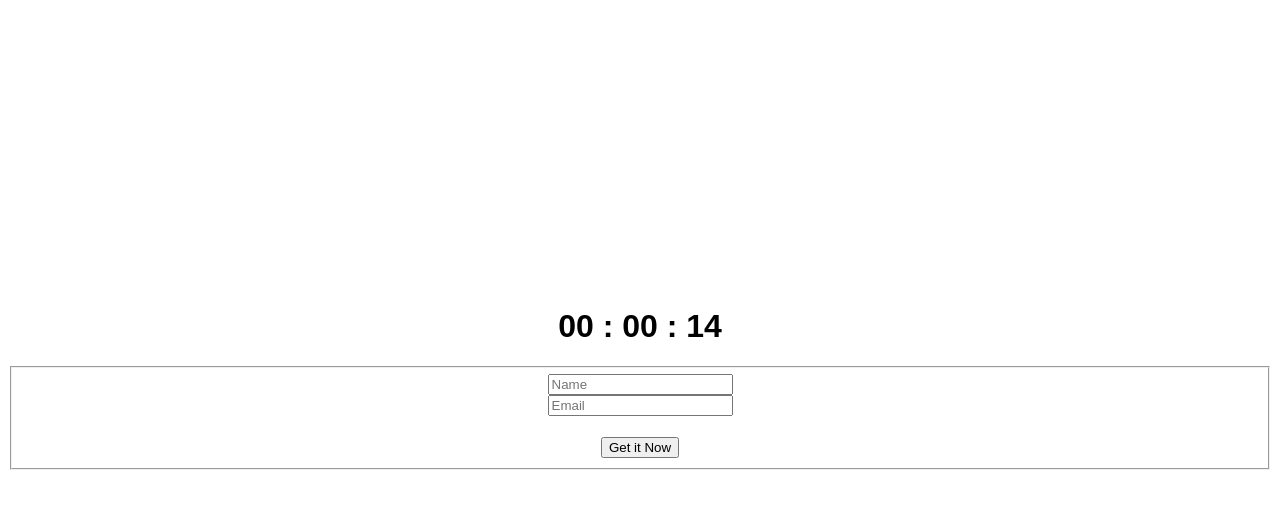
Repository: 43320888/upwork
Page: popup/index.html
An editor plug-in stored every save of this project. The page is shown before and after the next save, followed by the edit.
The browser window is 1280 px wide. The pictures show the whole page.

Above is the page before, as saved 2019-01-24 15:54:31.

After the next save:
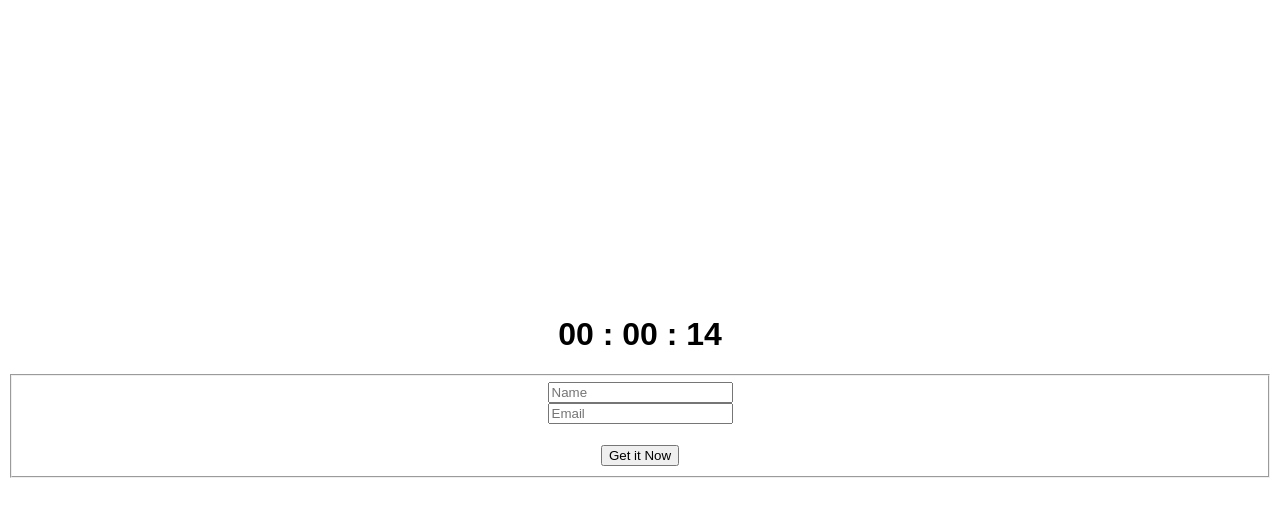
Saved 66 s later.
--- a/popup/index.html
+++ b/popup/index.html
@@ -10,7 +10,7 @@
 <body style="background:#fff8; font-family: Arial, Helvetica, sans-serif; text-align: center">
 	<div>
 		<h1>
-			<span></span>
+			<br><span></span>
 		</h1>
 		<form action="/" method="get">
 			<fieldset>
